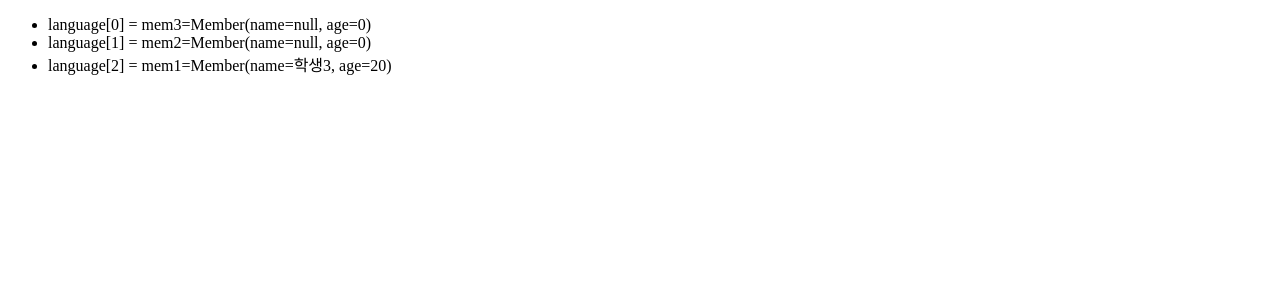
Repository: hari6180/JSP
Page: http://localhost/Model2/jstl/10-url.jsp
An editor plug-in stored every save of this project. The page is shown before and after the next save, followed by the edit.
The browser window is 1280 px wide. The pictures show the whole page.
The page is served by Tomcat 9. Other server files are loaded and not shown.

Above is the page before, as saved 2021-01-25 20:20:28.

### Model2/WebContent/jstl/10-url.jsp
<%@page import="java.util.HashMap"%>
<%@page import="study.jsp.model2.controller.Member"%>
<%@page import="java.util.Map"%>
<%@ page language="java" contentType="text/html; charset=UTF-8" pageEncoding="UTF-8"%>
<%@ page trimDirectiveWhitespaces="true" %>
<%@ taglib prefix="c" uri="http://java.sun.com/jsp/jstl/core" %>
<%
	// Collection Map 객체 생성
	Map<String, Member> memberMap = new HashMap<String, Member>();

	// Map 객체에 JavaBeans의 객체를 이름표를 적용하여 추가한다.
	Member mem1 = new Member();
	mem1.setName("학생1");
	mem1.setAge(20);
	memberMap.put("mem1", mem1);

	Member mem2 = new Member();
	mem1.setName("학생2");
	mem1.setAge(20);
	memberMap.put("mem2", mem2);

	Member mem3 = new Member();
	mem1.setName("학생3");
	mem1.setAge(20);
	memberMap.put("mem3", mem3);

	// Map 객체를 request객체에 등록한다.
	request.setAttribute("member_map", memberMap);
%>

<!doctype html>
<html>

<head>
    <meta charset="UTF-8" />
    <title>Hello JSP</title>
</head>

<body>
	<ul>
		<c:forEach var="k" items="${member_map}" varStatus="status">
			<li>language[${status.index}] = ${k} </li>
		</c:forEach>
	</ul>
</body>

</html>

### Model2/src/study/jsp/model2/controller/Member.java
package study.jsp.model2.controller;

import lombok.Data;

@Data
public class Member {
	private String name;
	private int age;
}

After the next save:
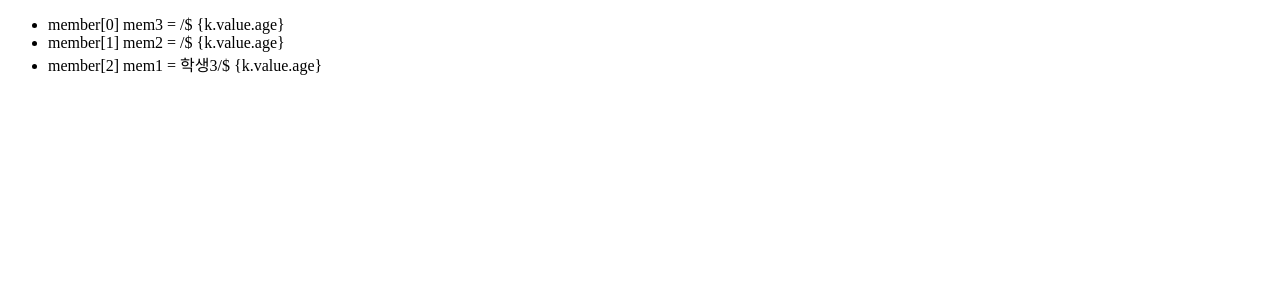
Saved 48 s later.
--- a/Model2/WebContent/jstl/10-url.jsp
+++ b/Model2/WebContent/jstl/10-url.jsp
@@ -39,7 +39,9 @@
 <body>
 	<ul>
 		<c:forEach var="k" items="${member_map}" varStatus="status">
-			<li>language[${status.index}] = ${k} </li>
+			<li>
+				member[${status.index}] ${k.key} = ${k.value.name}/$ {k.value.age}
+			</li>
 		</c:forEach>
 	</ul>
 </body>
